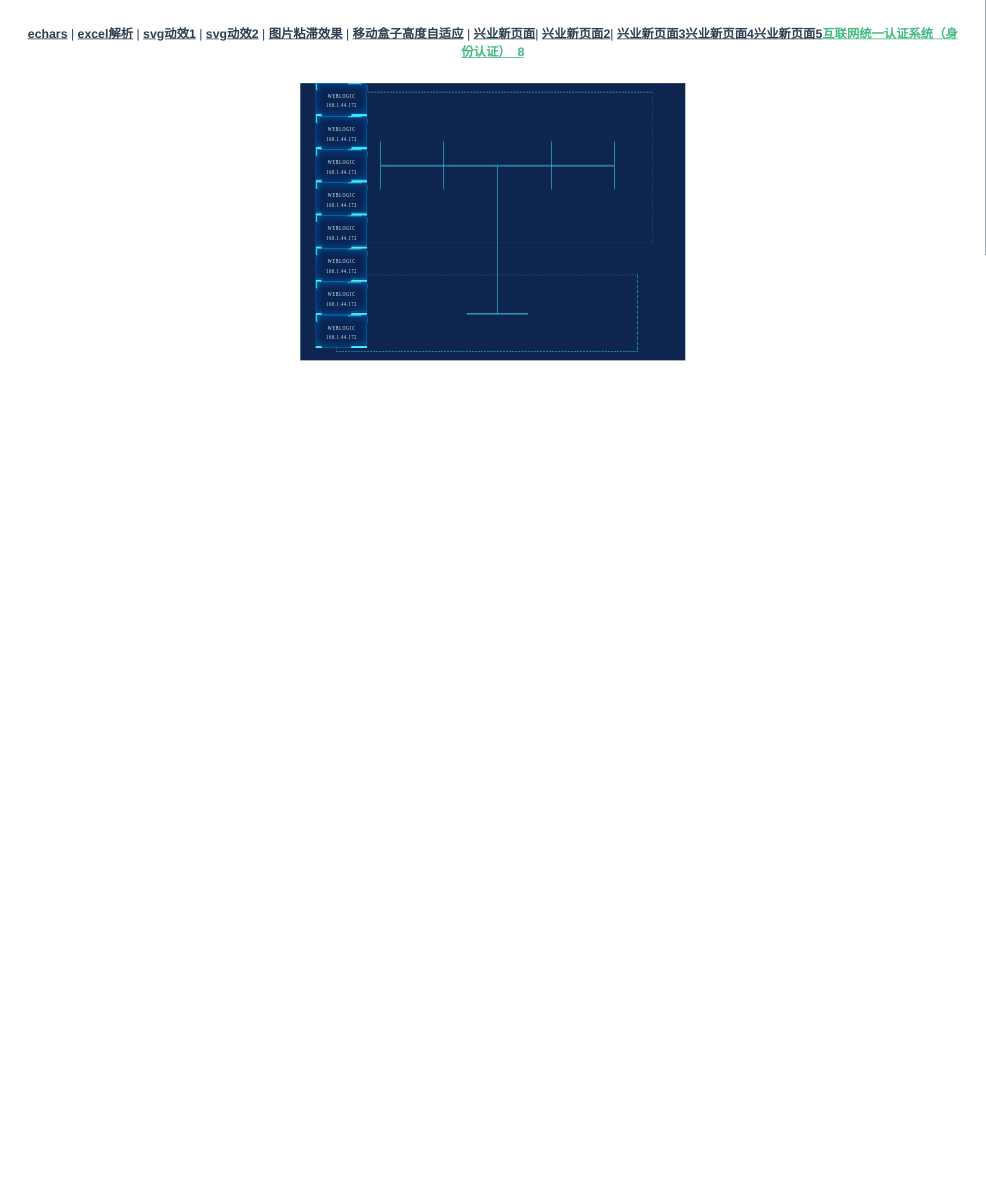
Repository: dmj199811/animation-dmj
Page: /#/work-page8
The author's editor kept a copy of each file at every save. The page is drawn from the files as they stood at one save, then again after the next save.
The browser window is 1280 px wide. The pictures show the whole page, at 77% of full size.
The project was rebuilt for these pictures with package versions that can differ from the ones it lists, and the page was loaded fresh each time.

Above is the page before, as saved 2020-07-04 22:34:45.

### src/App.vue
<template>
  <div id="app">
    <div id="nav"
         v-if="this.$store.state.pageShow">
      <router-link to="/">echars</router-link> |
      <router-link to="/xlsx-example">excel解析</router-link> |
      <router-link to="/svg-example1">svg动效1</router-link> |
      <router-link to="/svg-example2">svg动效2</router-link> |
      <router-link to="/work-message">图片粘滞效果</router-link> |
      <router-link to="/work-page2">移动盒子高度自适应</router-link> |
      <router-link to="/work-page3">兴业新页面</router-link>|
      <router-link to="/work-page4">兴业新页面2</router-link>|
      <router-link to="/work-page5">兴业新页面3</router-link>
      <router-link to="/work-page6">兴业新页面4</router-link>
      <router-link to="/work-page7">兴业新页面5</router-link>
      <router-link to="/work-page8">互联网统一认证系统（身份认证）_8</router-link>
    </div>
    <router-view />
  </div>
</template>

<style lang="less">
body {
  margin: 0;
}
#app {
  font-family: Avenir, Helvetica, Arial, sans-serif;
  -webkit-font-smoothing: antialiased;
  -moz-osx-font-smoothing: grayscale;
  text-align: center;
  color: #2c3e50;
}

#nav {
  padding: 30px;

  a {
    font-weight: bold;
    color: #2c3e50;

    &.router-link-exact-active {
      color: #42b983;
    }
  }
}
</style>

### src/router/index.js
import Vue from 'vue'
import VueRouter from 'vue-router'

Vue.use(VueRouter)

const routes = [
  {
    path: '/',
    redirect: '/circle-echarts',
  },
  {
    path: '/circle-echarts',
    name: 'ani2',
    component: () => import('../views/circle-echarts/index.vue')
  },
  {
    path: '/xlsx-example',
    name: 'xlsx1',
    component: () => import('../views/xlsx1/index.vue')
  },
  {
    path: '/svg-example1',
    name: 'svg1',
    component: () => import('../views/svg1/index.vue')
  },
  {
    path: '/svg-example2',
    name: 'svg2',
    component: () => import('../views/svg2/index.vue')
  },
  {
    path: '/work-message',
    name: 'message1',
    component: () => import('../views/work/message/index.vue')
  },
  {
    path: '/work-page2',
    name: 'show1',
    component: () => import('../views/work/show1/index.vue')
  },
  {
    path: '/work-page3',
    name: 'show2',
    component: () => import('../views/newPage/index.vue')
  },
  {
    path: '/work-page4',
    name: 'show2',
    component: () => import('../views/newPage2/index.vue')
  },
  {
    path: '/work-page5',
    name: 'show3',
    component: () => import('../views/newPage3/index.vue')
  },
  {
    path: '/work-page6',
    name: 'show4',
    component: () => import('../views/newPage4/index.vue')
  },
  {
    path: '/work-page7',
    name: 'show5',
    component: () => import('../views/newPage5/index.vue')
  },
  {
    path: '/work-page8',
    name: 'show6',
    component: () => import('../views/newPage6/index.vue')
  },
]

const router = new VueRouter({
  routes
})

export default router

### src/views/newPage6/index.vue
<template>
<!-- 互联网统一认证系统（身份认证）_8 -->
  <div class="box">
    <div class="use-box">
      <div class="use-box-top">
        <div class="use-box-top-content">
          <div class="use-box-top-item web1">
            <div>WEBLOGIC</div>
            <div>168.1.44.172</div>
          </div>
          <div class="use-box-top-item web2">
            <div>WEBLOGIC</div>
            <div>168.1.44.172</div>
          </div>
          <div class="use-box-top-item web3">
            <div>WEBLOGIC</div>
            <div>168.1.44.172</div>
          </div>
          <div class="use-box-top-item web4">
            <div>WEBLOGIC</div>
            <div>168.1.44.172</div>
          </div>
          <div class="use-box-top-item web5">
            <div>WEBLOGIC</div>
            <div>168.1.44.172</div>
          </div>
          <div class="use-box-top-item web6">
            <div>WEBLOGIC</div>
            <div>168.1.44.172</div>
          </div>
          <div class="use-box-top-item web7">
            <div>WEBLOGIC</div>
            <div>168.1.44.172</div>
          </div>
          <div class="use-box-top-item web8">
            <div>WEBLOGIC</div>
            <div>168.1.44.172</div>
          </div>

        </div>

      </div>
    </div>
  </div>

</template>
<script>
export default {
  data () {
    return {}
  },
  mounted () {
    this.fullScreen()
    let a = {
      'ATM系统': 'N',
      '网上银行域': 'E',
      'IC借记卡系统': 'N',
      'CFP系统': 'W',
      '电话银行域': 'E',
      '金卡系统': 'N',
      '零售信贷系统': 'W',
      '联机交易转发平台': 'N',
      '核心联机交易平台': 'E',
      'OFEP': 'W',
      '会计辅助管理系统': 'W',
      '业务策略管控平台': 'E',
      '历史检索系统': 'N',
      '企业数据集成平台': 'N',
      '银联数据综合前置系统': 'E',
      '理财卡外包制卡系统': 'W',
      '数据仓库系统': 'E',
      '统一报表系统': 'W',
      '企业CRM系统': 'N'
    }

    this.dataToArray(a)
    window.onresize = () => {
      this.fullScreen()
    }
  },
  methods: {
    fullScreen () {
      $('.box').css('transform', `scale(${document.documentElement.clientWidth / 3840},${document.documentElement.clientHeight / 1440})`)
    },
    dataToArray (data) {

    }
  }
}
</script>
<style lang="less">
.box {
  text-align: left;
  transform-origin: 0 0;
  width: 3840px;
  height: 1440px;
}
.use-box {
  font-size: 18px;
  width: 1500px;
  box-sizing: border-box;
  height: 720px;
  background: #0e2550;
  margin: 0 auto;
  color: white;
  background-image: url(./img/bg-line.png);
  background-size: 97% 100%;
  position: relative;
}
.use-box div {
  box-sizing: border-box;
}
.use-box-top {
  display: block;
  // background-color: #eee;


}

.use-box-top-content {

  // background-color: #e9e9;


}

.use-box-top-item {
  width: 203px;
  height: 86px;
  text-align: center;
  background-image: url(./img/leftBlue.png);
  background-size: 100% 100%;
  font-size:16px;
  letter-spacing: 3px;
  font-family:Adobe Heiti Std;
  font-weight:normal;
  color:rgba(255,255,255,1);
  line-height:25px;
  padding-top: 20px;
  margin-left: 60px;

}

</style>

Loaded but not shown: public/index.html (common file); src/main.js (common file); src/store/index.js (common file)

After the next save:
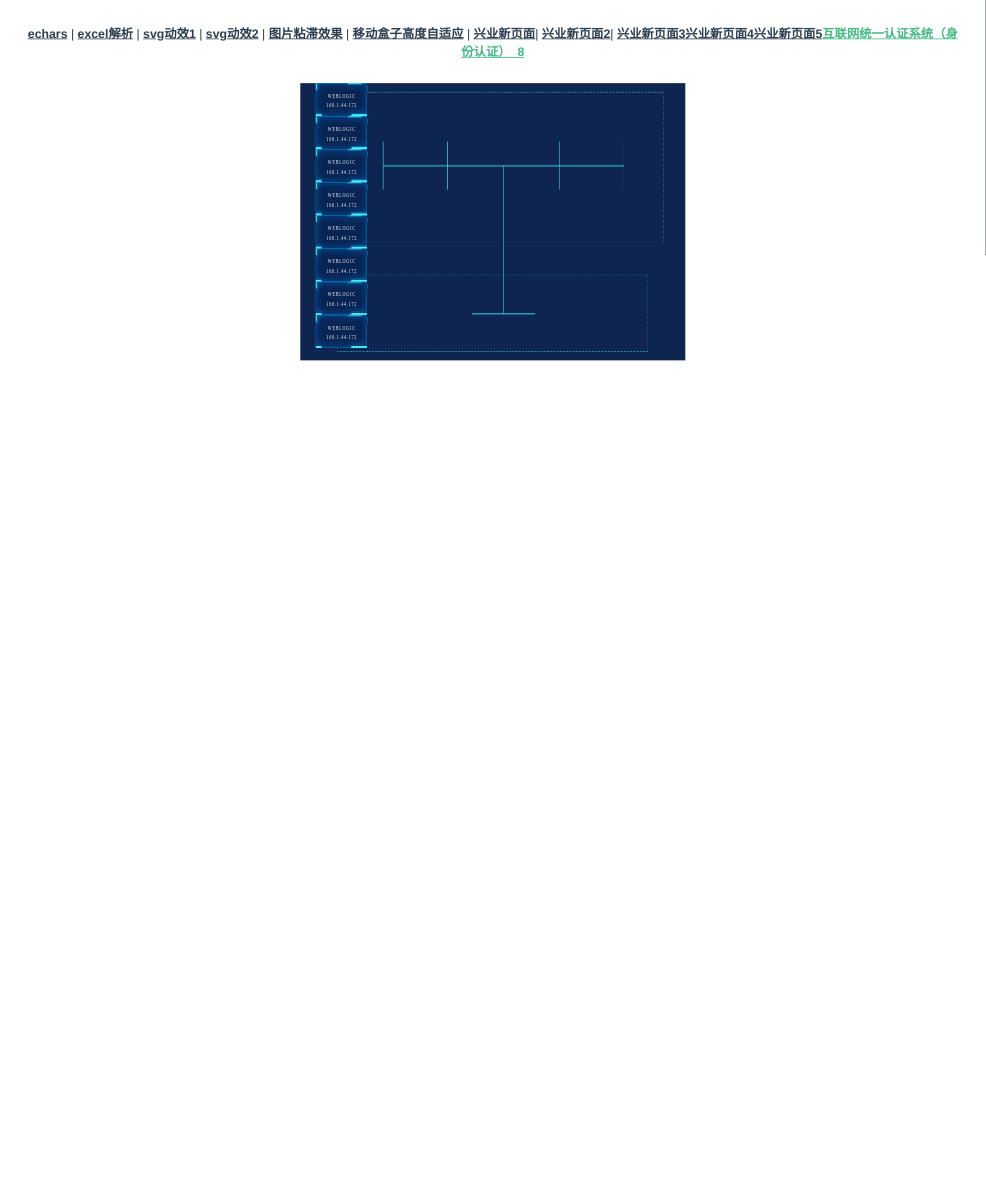
Saved 62 s later.
--- a/src/views/newPage6/index.vue
+++ b/src/views/newPage6/index.vue
@@ -104,7 +104,7 @@ export default {
   margin: 0 auto;
   color: white;
   background-image: url(./img/bg-line.png);
-  background-size: 97% 100%;
+  background-size: 100% 100%;
   position: relative;
 }
 .use-box div {
